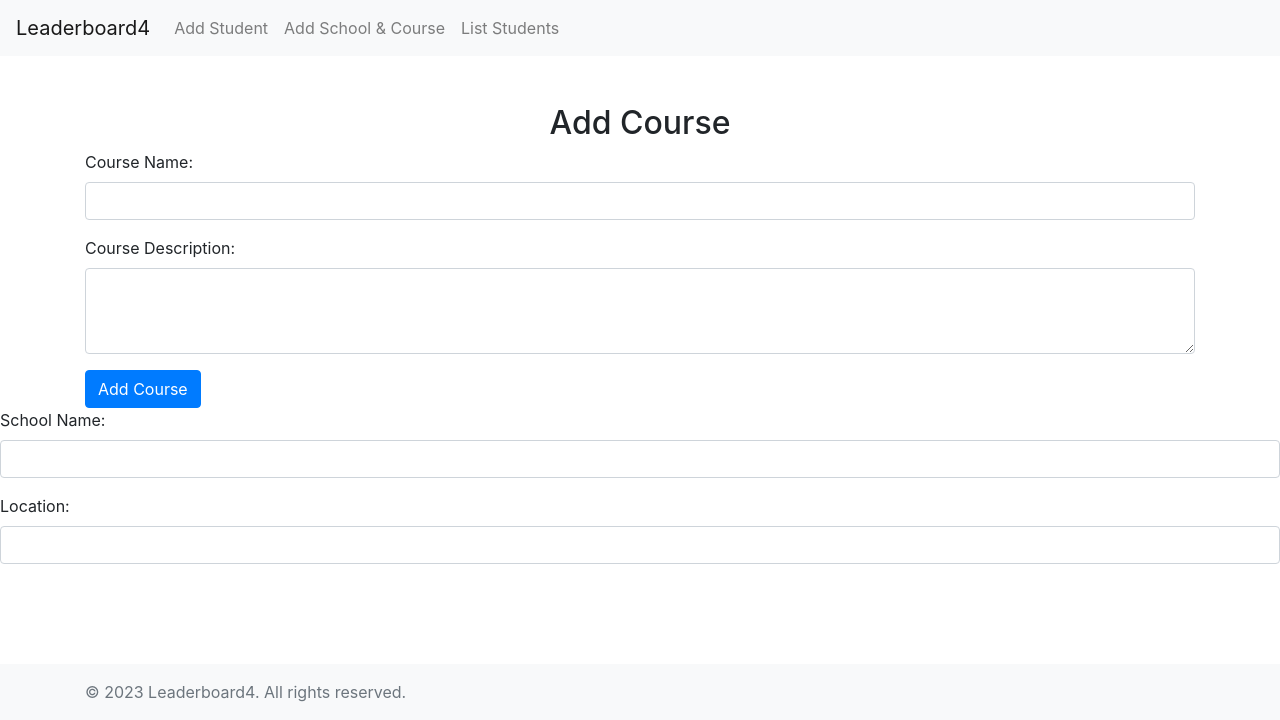
Repository: bigbodhiacademy/gBoard
Page: http://localhost/add_school_course.php
These files come from the project's save history. The page is drawn as it stood at one moment and after the next save; the edit follows.
The browser window is 1280 px wide. The pictures show the whole page.
The page is run by PHP 8.4 with error messages shown; the project is at /var/www/html/.

Above is the page before, as saved 2023-04-20 17:05:09.

After the next save:
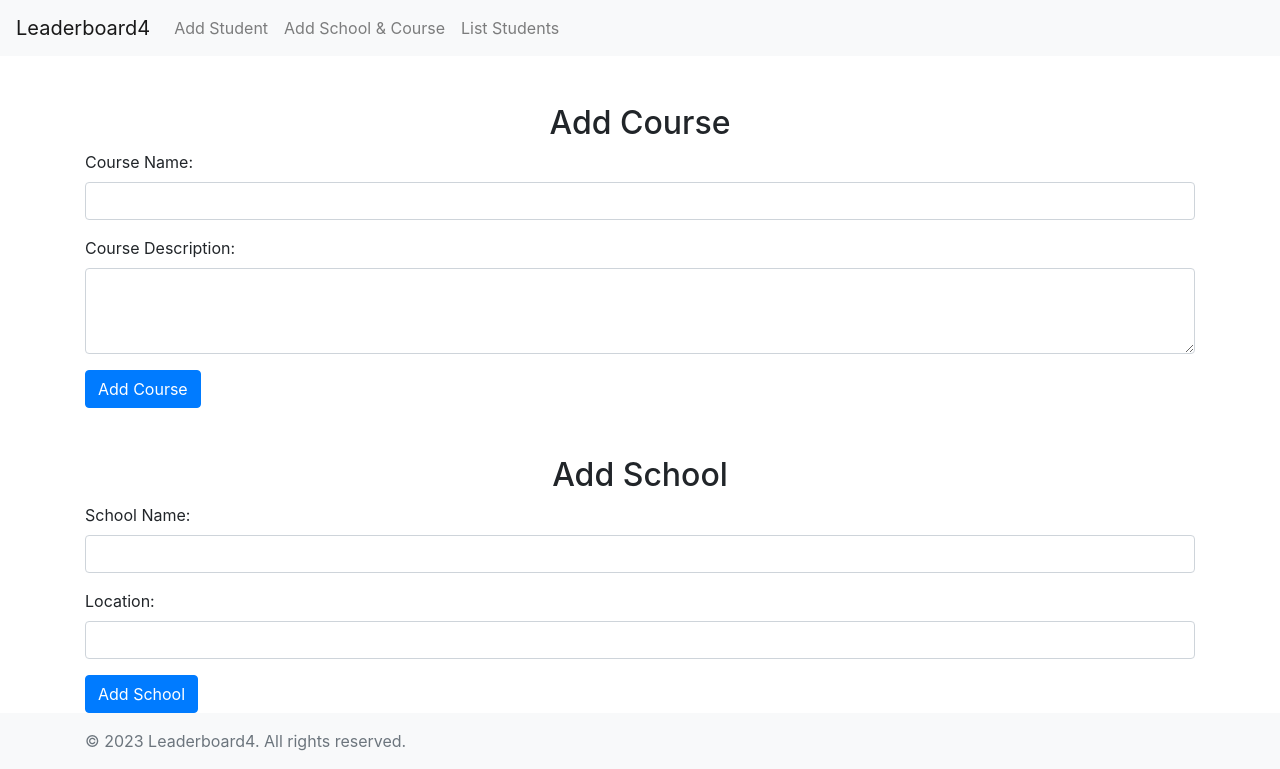
Saved 85 s later.
--- a/add_school_course.php
+++ b/add_school_course.php
@@ -19,15 +19,24 @@ include 'header.php';
         <button type="submit" class="btn btn-primary">Add Course</button>
     </form>
 </div>
+<div class="container">
+    <h2 class="text-center mt-5">Add School</h2>
+    <form action="functions.php" method="post">
+        <input type="hidden" name="action" value="add_school">
+        <div class="form-group">
+            <label for="school_name">School Name:</label>
+            <input type="text" class="form-control" name="school_name" id="school_name" required>
+        </div>
+        <div class="form-group">
+            <label for="location">Location:</label>
+            <input type="text" class="form-control" name="location" id="location" required>
+        </div>
+        <button type="submit" class="btn btn-primary">Add School</button>
+    </form>
+</div>
 
-<div class="form-group">
-    <label for="school_name">School Name:</label>
-    <input type="text" class="form-control" name="school_name" id="school_name" required>
-</div>
-<div class="form-group">
-    <label for="location">Location:</label>
-    <input type="text" class="form-control" name="location" id="location" required>
-</div>
+
+
 
 <?php
 include 'footer.php';
